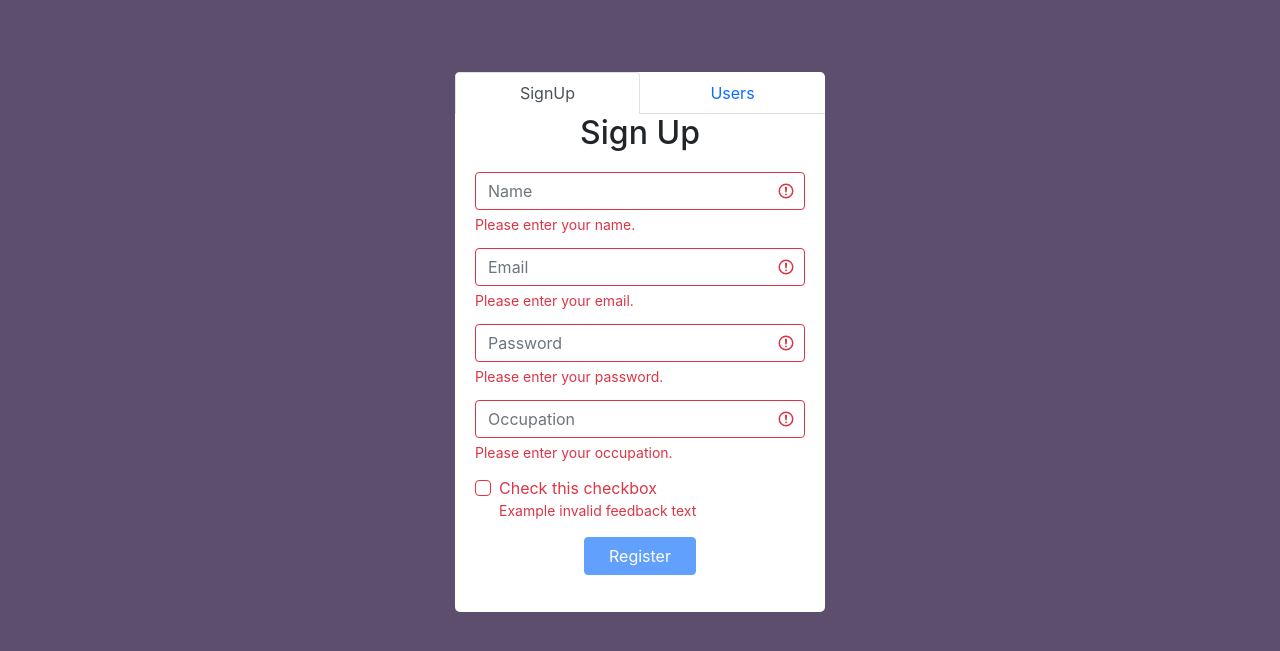
Repository: asadalibest1/SignUp-from
Page: /
An editor plug-in stored every save of this project. The page is shown before and after the next save, followed by the edit.
The browser window is 1280 px wide. The pictures show the whole page.
The project was rebuilt for these pictures with package versions that can differ from the ones it lists, and the page was loaded fresh each time.

Above is the page before, as saved 2021-02-07 23:16:39.

### public/index.html
<!DOCTYPE html>
<html lang="en">
  <head>
    <meta charset="utf-8" />
    <link rel="icon" href="%PUBLIC_URL%/favicon.png" />
    <meta name="viewport" content="width=device-width, initial-scale=1" />
    <meta name="theme-color" content="#000000" />
    <meta
      name="description"
      content="Web site created using create-react-app"
    />
    <link rel="apple-touch-icon" href="%PUBLIC_URL%/logo192.png" />
    <!--
      manifest.json provides metadata used when your web app is installed on a
      user's mobile device or desktop. See https://developers.google.com/web/fundamentals/web-app-manifest/
    -->
    <link rel="manifest" href="%PUBLIC_URL%/manifest.json" />
    <!--
      Notice the use of %PUBLIC_URL% in the tags above.
      It will be replaced with the URL of the `public` folder during the build.
      Only files inside the `public` folder can be referenced from the HTML.

      Unlike "/favicon.ico" or "favicon.ico", "%PUBLIC_URL%/favicon.ico" will
      work correctly both with client-side routing and a non-root public URL.
      Learn how to configure a non-root public URL by running `npm run build`.
    -->
    <!-- Bootstrap -->
    <link href="https://cdn.jsdelivr.net/npm/bootstrap@5.0.0-beta1/dist/css/bootstrap.min.css" rel="stylesheet" integrity="sha384-giJF6kkoqNQ00vy+HMDP7azOuL0xtbfIcaT9wjKHr8RbDVddVHyTfAAsrekwKmP1" crossorigin="anonymous">
    <title>Sign Up</title>
  </head>
  <body>
    <noscript>You need to enable JavaScript to run this app.</noscript>
    <div id="root"></div>
    <!--
      This HTML file is a template.
      If you open it directly in the browser, you will see an empty page.

      You can add webfonts, meta tags, or analytics to this file.
      The build step will place the bundled scripts into the <body> tag.

      To begin the development, run `npm start` or `yarn start`.
      To create a production bundle, use `npm run build` or `yarn build`.
    -->
    <script src="https://cdn.jsdelivr.net/npm/bootstrap@5.0.0-beta1/dist/js/bootstrap.bundle.min.js" integrity="sha384-ygbV9kiqUc6oa4msXn9868pTtWMgiQaeYH7/t7LECLbyPA2x65Kgf80OJFdroafW" crossorigin="anonymous"></script>
  </body>
</html>

### src/index.css
body {
  margin: 0;
  font-family: -apple-system, BlinkMacSystemFont, 'Segoe UI', 'Roboto', 'Oxygen',
    'Ubuntu', 'Cantarell', 'Fira Sans', 'Droid Sans', 'Helvetica Neue',
    sans-serif;
  -webkit-font-smoothing: antialiased;
  -moz-osx-font-smoothing: grayscale;
  background-color: #5D4E6D;
}

code {
  font-family: source-code-pro, Menlo, Monaco, Consolas, 'Courier New',
    monospace;
}

### src/App.js
import React from 'react'
import App1 from "./components/App1/App1"

export default function App() {
  return (
    <div>
      <App1 />
    </div>
  )
}

### src/components/App1/App1.js
import React from 'react'
import Tabs from '../Tabs/Tabs'

export default function App1() {
    return (
        <div>
            <Tabs />
        </div>
    )
}

### src/features/counter/counterSlice.js
import { createSlice } from '@reduxjs/toolkit';

export const counterSlice = createSlice({
  name: 'counter',
  initialState: {
    value: 0,
  },
  reducers: {
    increment: state => {
      // Redux Toolkit allows us to write "mutating" logic in reducers. It
      // doesn't actually mutate the state because it uses the Immer library,
      // which detects changes to a "draft state" and produces a brand new
      // immutable state based off those changes
      state.value += 1;
    },
    decrement: state => {
      state.value -= 1;
    },
    incrementByAmount: (state, action) => {
      state.value += action.payload;
    },
  },
});

export const { increment, decrement, incrementByAmount } = counterSlice.actions;

// The function below is called a thunk and allows us to perform async logic. It
// can be dispatched like a regular action: `dispatch(incrementAsync(10))`. This
// will call the thunk with the `dispatch` function as the first argument. Async
// code can then be executed and other actions can be dispatched
export const incrementAsync = amount => dispatch => {
  setTimeout(() => {
    dispatch(incrementByAmount(amount));
  }, 1000);
};

// The function below is called a selector and allows us to select a value from
// the state. Selectors can also be defined inline where they're used instead of
// in the slice file. For example: `useSelector((state) => state.counter.value)`
export const selectCount = state => state.counter.value;

export default counterSlice.reducer;

### src/components/Tabs/Tabs.js
import React from 'react'
import SignUp from "../SignUp/SignUp"
import Users from "../Users/Users"
import "./Tabs.css"

export default function Tabs() {
    return (
        <div className="tabs-main">
            <div className="tabs">

                <ul className="nav nav-tabs" id="myTab" role="tablist">
                    <li className="nav-item text-center w-50" role="presentation">
                        <a className="nav-link active" id="signUp-tab" data-bs-toggle="tab" href="#signUp" role="tab" aria-controls="signUp" aria-selected="true">SignUp</a>
                    </li>
                    <li className="nav-item text-center w-50" role="presentation">
                        <a className="nav-link" id="users-tab" data-bs-toggle="tab" href="#users" role="tab" aria-controls="users" aria-selected="false">Users</a>
                    </li>
                </ul>
                <div className="tab-content" id="myTabContent">
                    <div className="tab-pane fade show active" id="signUp" role="tabpanel" aria-labelledby="signUp-tab">
                        <SignUp />
                    </div>
                    <div className="tab-pane fade" id="users" role="tabpanel" aria-labelledby="users-tab">

                        <Users />
                    </div>
                </div>


            </div>
        </div>
    )
}

### src/components/SignUp/SignUp.js
import React from 'react'
import "./SignUp.css"

export default function SignUp() {
    return (
        <div className="SignUp">
          <h2 className="text-center">Sign Up</h2>

<form className="was-validated">

  <div className="mb-3">
    <input type="name" className="form-control" id="validationTextarea" placeholder="Name" required />
    <div className="invalid-feedback">
      Please enter your name.
    </div>
  </div>

  <div className="mb-3">
    <input type="email" className="form-control" id="validationTextarea" placeholder="Email" required />
    <div className="invalid-feedback">
      Please enter your email.
    </div>
  </div>

  <div className="mb-3">
    <input type="password" className="form-control" id="validationTextarea" placeholder="Password" required />
    <div className="invalid-feedback">
      Please enter your password.
    </div>
  </div>

  <div className="mb-3">
    <input type="occupation" className="form-control" id="validationTextarea" placeholder="Occupation" required />
    <div className="invalid-feedback">
      Please enter your occupation.
    </div>
  </div>


  <div className="radioButton form-check mb-3">
    <input type="checkbox" className="form-check-input" id="validationFormCheck1" required />
    <label className="form-check-label" for="validationFormCheck1">Check this checkbox</label>
    <div className="invalid-feedback">Example invalid feedback text</div>
  </div>


  <div className="mb-3 text-center">
    <button className="btn btn-primary px-4" type="submit" disabled >Register</button>
  </div>
</form>
        </div>
    )
}

### src/components/Users/Users.js
import React from 'react'
import "./Users.css"

export default function Users() {
    return (
        <div className="users">

<div  className="tabpanel" role="tabpanel">
    <div className="panel-coloumn mt-3">
  <div className="list-group" id="myList" role="tablist">

    <a className="list-group-item list-group-item-action active" data-bs-toggle="list" href="#home" role="tab">Home</a>

  </div>
  </div>

  <div className="tab-content">

    <div className="tab-pane active" id="home" role="tabpanel">

    <ul className="list-group list-group-flush">
              <li className="list-group-item">Name: </li>
              <li className="list-group-item">Email: </li>
              <li className="list-group-item">Password: </li>
              <li className="list-group-item">Occupation: </li>
            </ul>


    </div>

  </div>
</div>
        </div>
    )
}

### src/components/Tabs/Tabs.css
.tabs{
    width: 370px;
    height: 75vh;
    background-color: white;
    margin: auto auto;
    margin-top: 10vh;
    border-radius: 5px;
    overflow: hidden;
}

### src/components/SignUp/SignUp.css
.SignUp form{
    margin: 20px;
}
.SignUp h2 {
    font-size: 32px;
}
.SignUp form > div{
    /* border: 1px solid black; */
    height: 60px;
}

.SignUp form .radioButton{
    /* border: 1px solid black; */
    height: 45px;
}
.radioButton div{
    /* border: 1px solid black; */
    margin: 0;
}

@media (max-width: 800px) {
    .SignUp form{
        margin-top: 8vh;
    }
    .SignUp form > div{
        height: 70px;
    }
    .SignUp form button{
        margin-top: 20px;
    }

}

### src/components/Users/Users.css
.users .tabpanel{
    display: flex;
    flex-direction: row;
    overflow: auto;
}
.users .tabpanel a{
    border-radius: 0;
}

.users .tab-content{
    height: fit-content;
    margin-top: 20px;
    margin-left: 20px;
}

.panel-coloumn{
    border-right: 1px solid rgb(240, 223, 223);
    height: 500px;
    width: 120px;
}

Loaded but not shown: src/index.js (common file); src/app/store.js (common file); src/serviceWorker.js (common file)

After the next save:
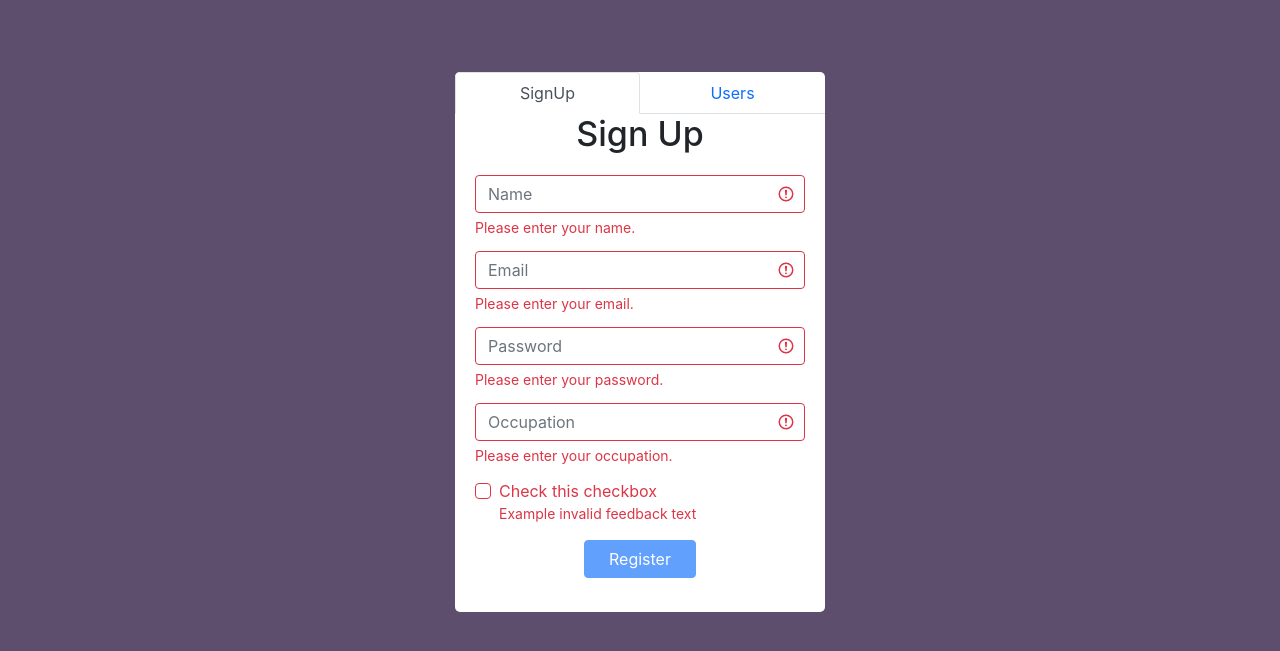
Saved 6 s later.
--- a/src/components/SignUp/SignUp.css
+++ b/src/components/SignUp/SignUp.css
@@ -2,7 +2,7 @@
     margin: 20px;
 }
 .SignUp h2 {
-    font-size: 32px;
+    font-size: 34px;
 }
 .SignUp form > div{
     /* border: 1px solid black; */
